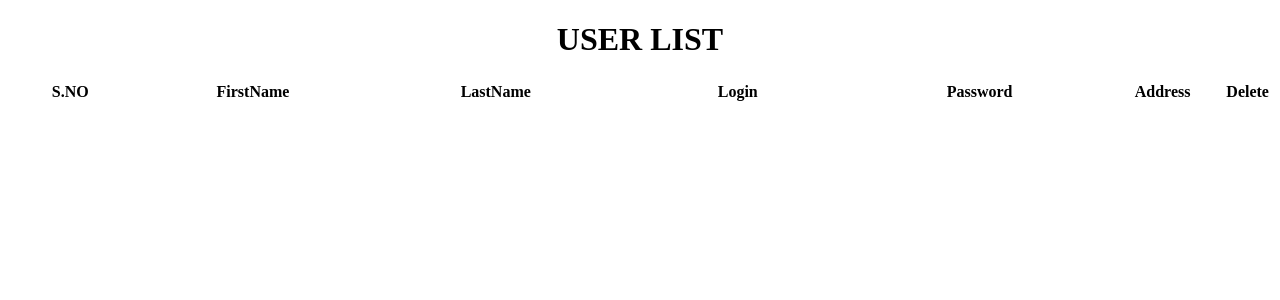
Repository: jatinragh42/Project_3_module
Page: http://localhost/p3/UserListView.jsp
The author's editor kept a copy of each file at every save. The page is drawn from the files as they stood at one save, then again after the next save.
The browser window is 1280 px wide. The pictures show the whole page.
The page is served by Tomcat 9.

Above is the page before, as saved 2023-11-29 09:54:34.

After the next save:
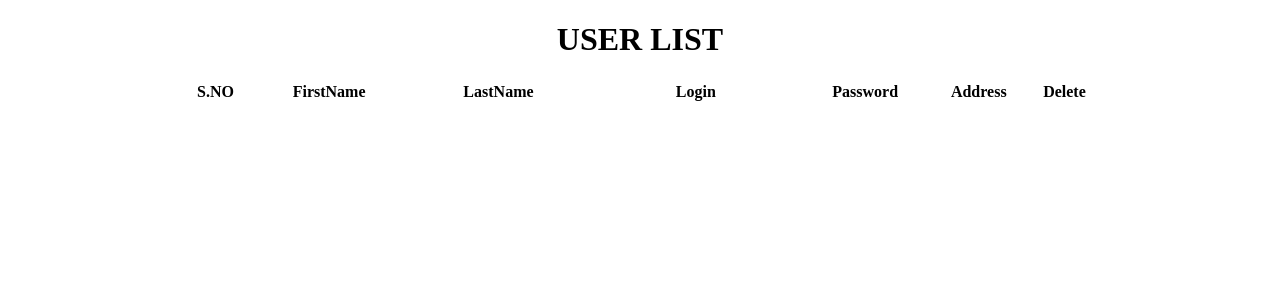
Saved 63 s later.
--- a/Project_3_module_practice/p3/src/main/webapp/UserListView.jsp
+++ b/Project_3_module_practice/p3/src/main/webapp/UserListView.jsp
@@ -14,13 +14,13 @@
 			<table>
 				<thead>
 					<tr>
-						<th width="10%" class="text">S.NO</th>
-						<th width="20%" class="text">FirstName</th>
-						<th width="20%" class="text">LastName</th>
+						<th width="5%" class="text">S.NO</th>
+						<th width="15%" class="text">FirstName</th>
+						<th width="15%" class="text">LastName</th>
 						<th width="20%" class="text">Login</th>
-						<th width="20%" class="text">Password</th>
-						<th width="20%" class="text">Address</th>
-						<th width="20%" class="text">Delete</th>
+						<th width="10%" class="text">Password</th>
+						<th width="10%" class="text">Address</th>
+						<th width="5%" class="text">Delete</th>
 					</tr>
 			</table>
 
